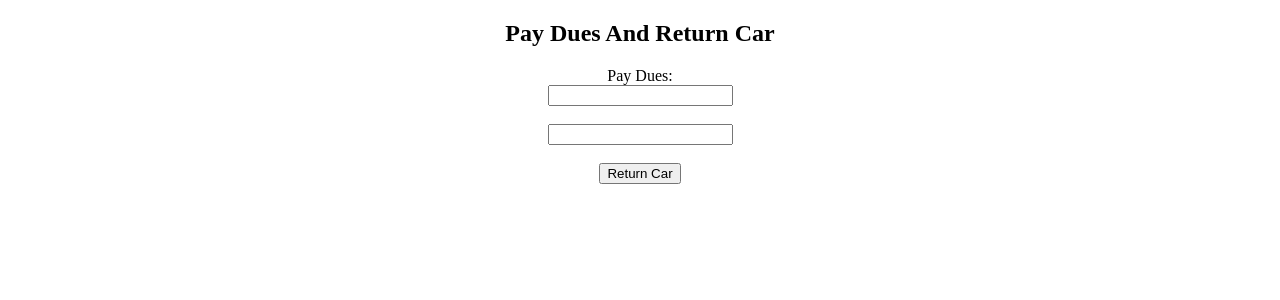
Repository: harsh23012/InfiniteProjects
Page: CarRent/carrent/src/main/webapp/payDues.html
The author's editor kept a copy of each file at every save. The page is drawn from the files as they stood at one save, then again after the next save.
The browser window is 1280 px wide. The pictures show the whole page.

Above is the page before, as saved 2025-05-05 12:26:12.

### CarRent/carrent/src/main/webapp/payDues.html
<!DOCTYPE html>
<html>
<head>
<meta charset="UTF-8">
<title>Insert title here</title>
</head>
<body>
	<form method="post" action="PayDuesServlet">
        <center>
            <h2>Pay Dues And Return Car</h2>

            Pay Dues: <br>
            <input type="number" name="leaseId" required/><br><br>
            <input type="number" name="duesAmount" required /><br><br>
            <input type="submit" value="Return Car" />
        </center>
    </form>
</body>
</html>

After the next save:
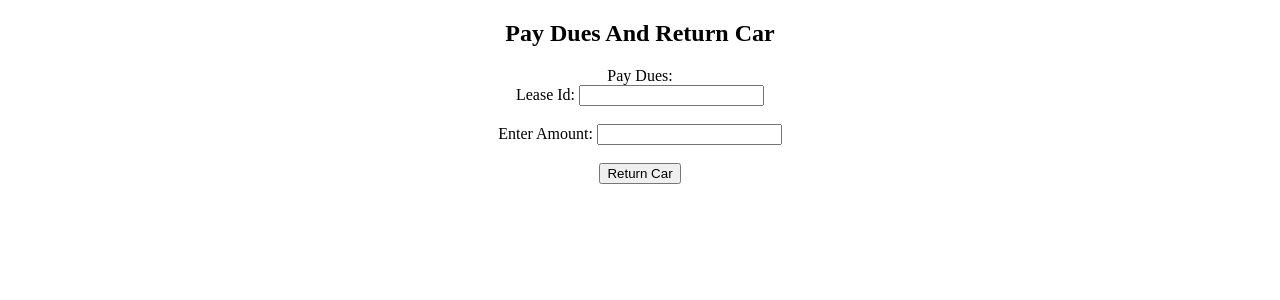
Saved 48 s later.
--- a/CarRent/carrent/src/main/webapp/payDues.html
+++ b/CarRent/carrent/src/main/webapp/payDues.html
@@ -10,7 +10,9 @@
             <h2>Pay Dues And Return Car</h2>
 
             Pay Dues: <br>
+            Lease Id:
             <input type="number" name="leaseId" required/><br><br>
+            Enter Amount:
             <input type="number" name="duesAmount" required /><br><br>
             <input type="submit" value="Return Car" />
         </center>
